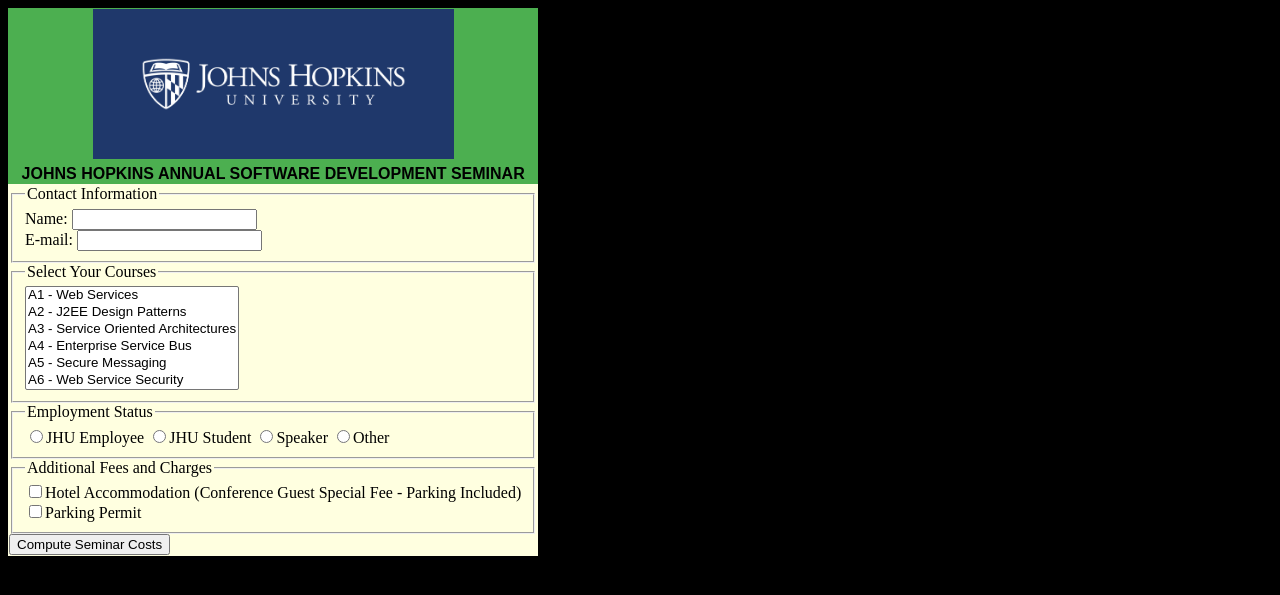
Repository: justinjwk/eclipse-workspace
Page: http://localhost/Homework2/
These files come from the project's save history. The page is drawn as it stood at one moment and after the next save; the edit follows.
The browser window is 1280 px wide. The pictures show the whole page.
The page is served by Tomcat 9.

Above is the page before, as saved 2019-06-12 03:09:50.

After the next save:
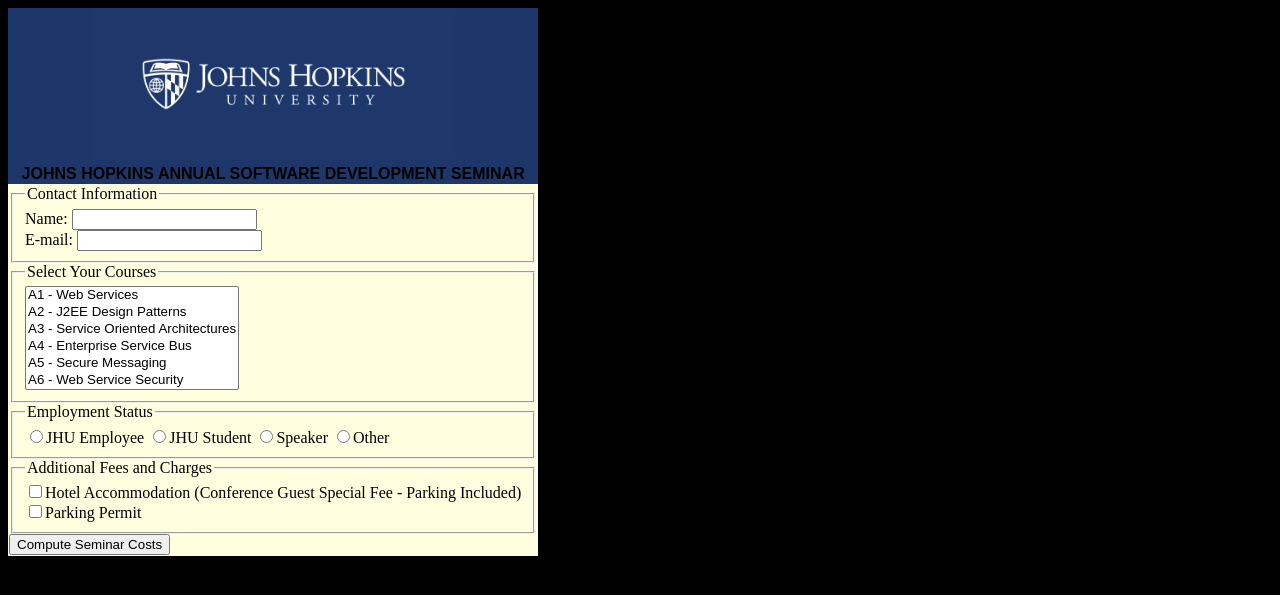
Saved 108 s later.
--- a/Homework2/WebContent/jkim342.css
+++ b/Homework2/WebContent/jkim342.css
@@ -14,5 +14,5 @@
 th {
 	text-algin: center;
 	font-family: Arial;
-	background-color: #4CAF50;
+	background-color: #1e376b;
 }
